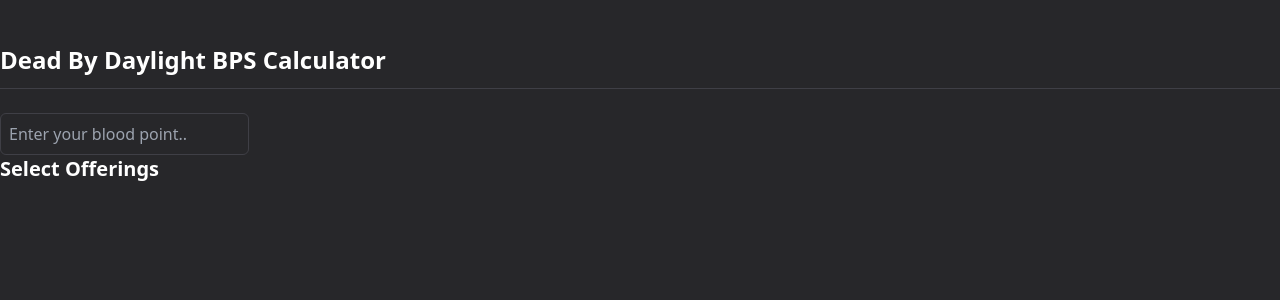
Repository: serhatgundogdu/Survivor-Bloodpoint-Calculator
Page: /
These files come from the project's save history. The page is drawn as it stood at one moment and after the next save; the edit follows.
The browser window is 1280 px wide. The pictures show the whole page.
The project was rebuilt for these pictures with package versions that can differ from the ones it lists, and the page was loaded fresh each time. Also part of the build but not shown: vite.config.js.

Above is the page before, as saved 2023-06-13 14:48:33.

After the next save:
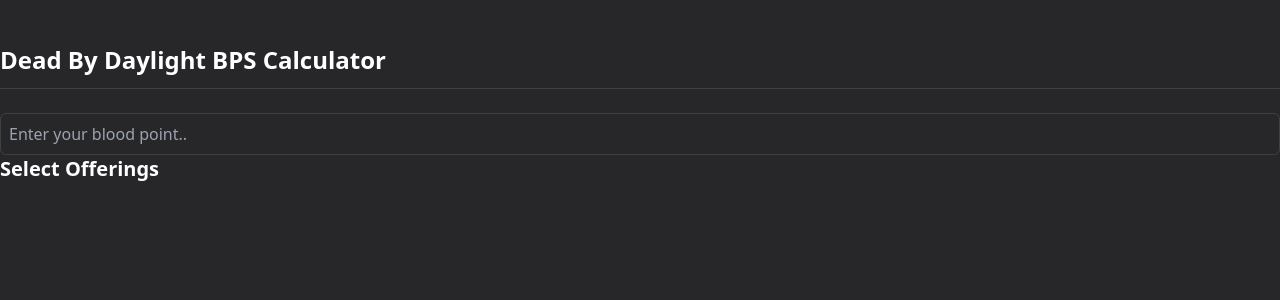
Saved 5 s later.
--- a/src/App.jsx
+++ b/src/App.jsx
@@ -9,7 +9,7 @@
         <input
           type="number"
           placeholder="Enter your blood point.."
-          className="bg-transparent border border-zinc-700 rounded-md py-2 px-2"
+          className="bg-transparent border border-zinc-700 rounded-md py-2 px-2 w-full"
         />
       </section>
 

After the save that followed:
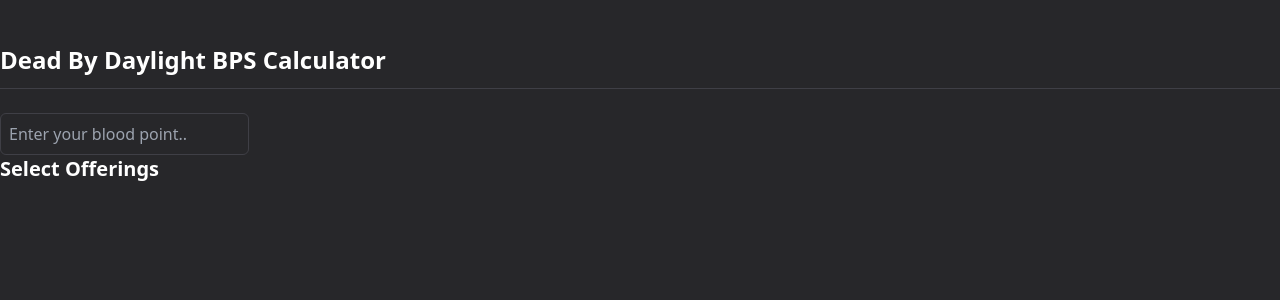
Saved 5 s later.
--- a/src/App.jsx
+++ b/src/App.jsx
@@ -9,7 +9,7 @@
         <input
           type="number"
           placeholder="Enter your blood point.."
-          className="bg-transparent border border-zinc-700 rounded-md py-2 px-2 w-full"
+          className="bg-transparent border border-zinc-700 rounded-md py-2 px-2 "
         />
       </section>
 
